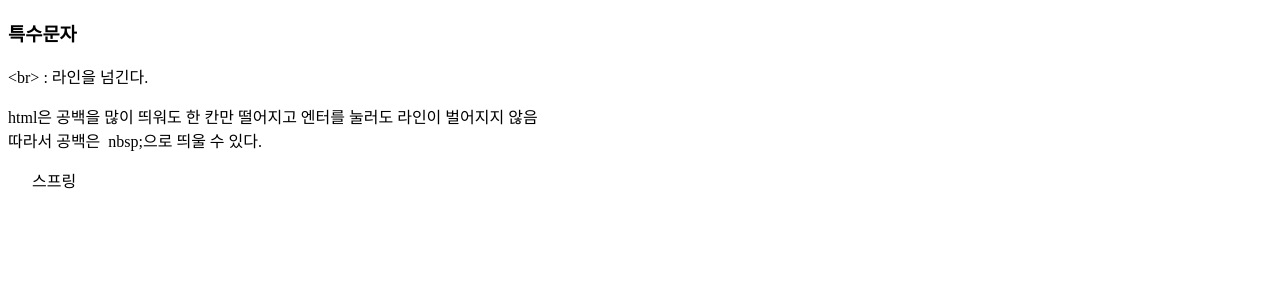
Repository: JiYoon0712/HTML_CSS_javascript
Page: work/study/src/main/webapp/htmlEx/ch02/ex05.html
An editor plug-in stored every save of this project. The page is shown before and after a run of saves, followed by the edit.
The browser window is 1280 px wide. The pictures show the whole page.

Above is the page before, as saved 2023-04-03 03:06:06.

After the next 2 saves:
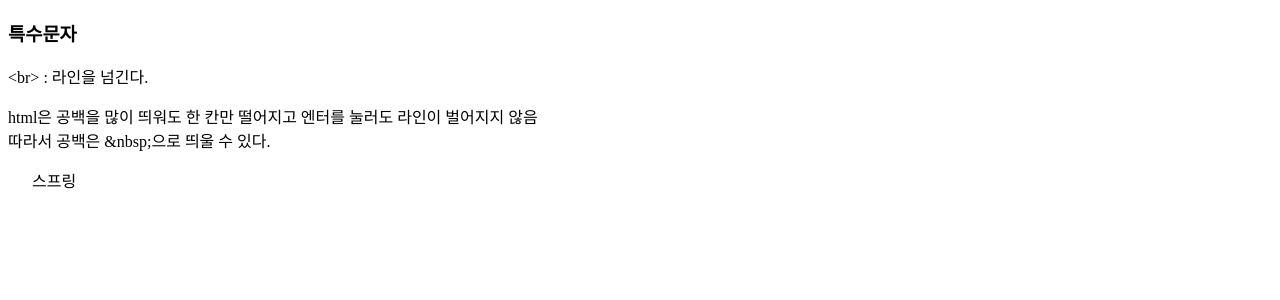
The 2 saves are shown as one change because they came seconds apart.
The last was saved 41 s later.
--- a/work/study/src/main/webapp/htmlEx/ch02/ex05.html
+++ b/work/study/src/main/webapp/htmlEx/ch02/ex05.html
@@ -13,7 +13,7 @@
 <p>
   html은					공백을 많이 띄워도 한 칸만 떨어지고
   엔터를 눌러도 라인이 벌어지지 않음<br>
-  따라서 공백은 &nbsp;nbsp;으로 띄울 수 있다.
+  따라서 공백은 &amp;nbsp;으로 띄울 수 있다.
 </p>
 <p>
 &nbsp;&nbsp;&nbsp;&nbsp;&nbsp;&nbsp;스프링
